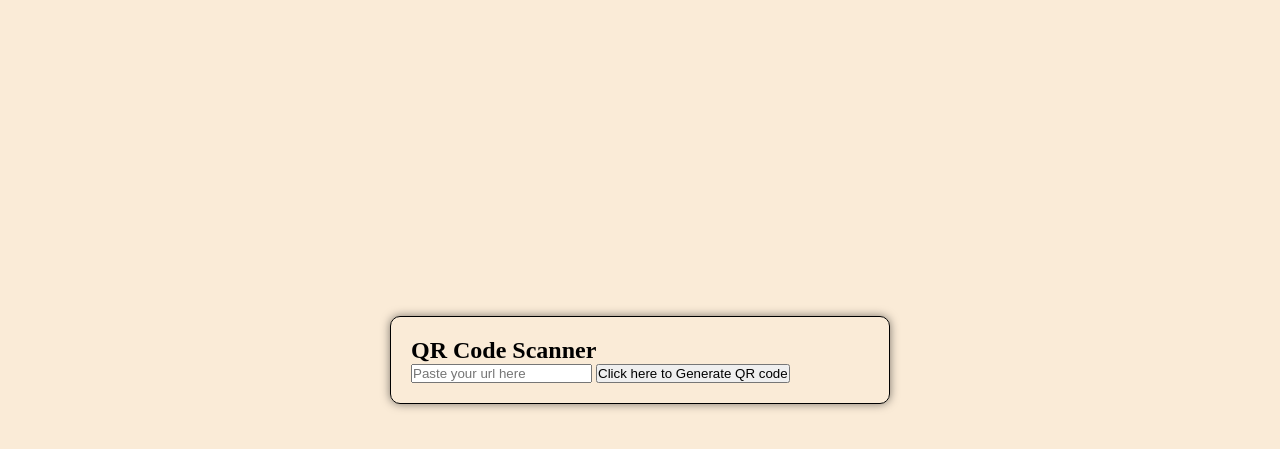
Repository: JunaidAnsari202/QR-Scanner
Page: index.html
The author's editor kept a copy of each file at every save. The page is drawn from the files as they stood at one save, then again after a run of saves.
The browser window is 1280 px wide. The pictures show the whole page.

Above is the page before, as saved 2024-10-12 12:17:54.

After the next 3 saves:
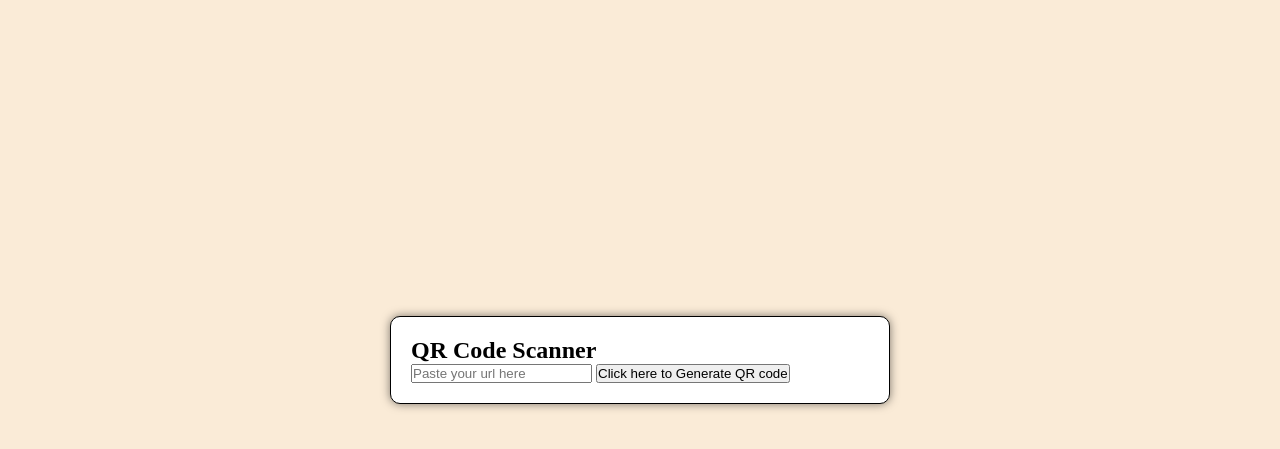
The 3 saves are shown as one change because they came seconds apart.
The last was saved 10 s later.
--- a/style.css
+++ b/style.css
@@ -18,5 +18,5 @@ body{
     padding: 20px;
     width: 500px;
     box-shadow: 0 0 10px 0 rgba(0,0,0,0.5 );
-    bac
+    background-color: white;
 }
